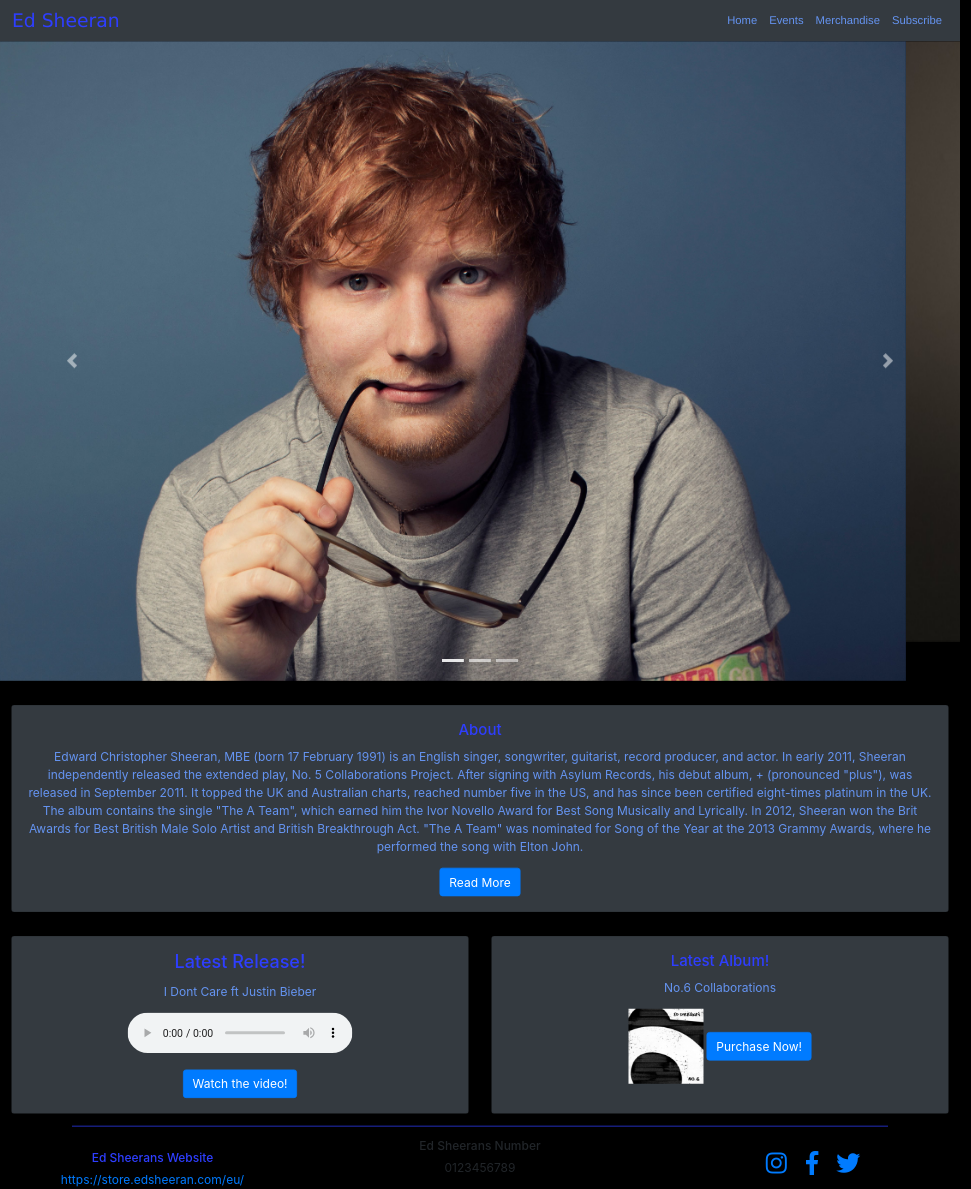
Repository: amit238/milestone-project-1
Page: index.html
The author's editor kept a record of every edit. The page is drawn from the files as they stood at one moment, then again after the next edit.
The browser window is 1280 px wide. The page is 1295 px wide, so the pictures cover 1295 px, including what lies to the right of the window. The pictures show the whole page, at 75% of full size.
Some web libraries are served in a nearby version.

Above is the page before.

After the next edit:
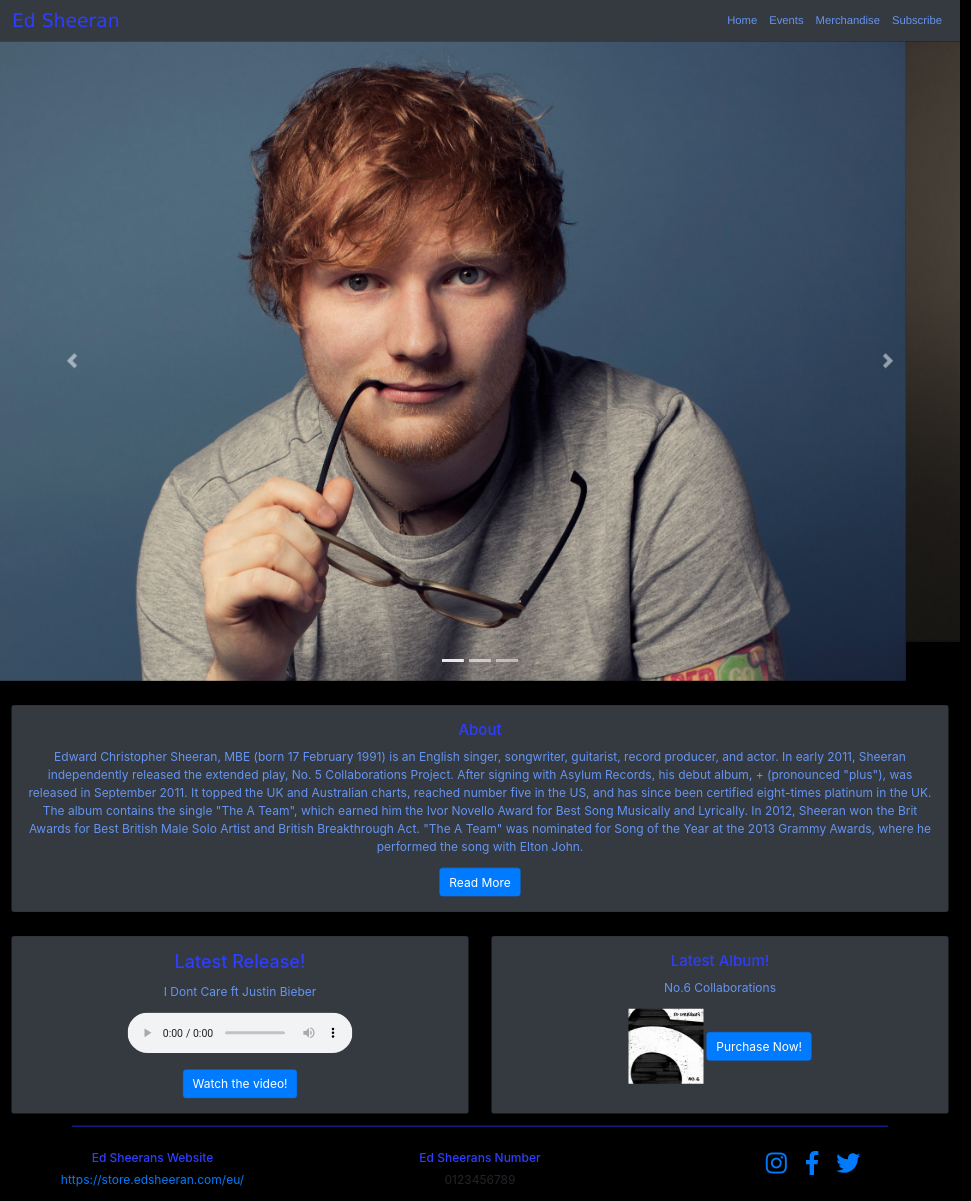
The edit:
--- a/index.html
+++ b/index.html
@@ -100,7 +100,7 @@
         <a href="https://store.edsheeran.com/eu/" target="_blank">https://store.edsheeran.com/eu/</a>
       </div>
       <div class="col-sm-4">
-        <h6>Ed Sheerans Number</h6>
+        <h6 class=footer-header>Ed Sheerans Number</h6>
         <p>0123456789</p>
       </div>
       <div class="col-sm-4">
